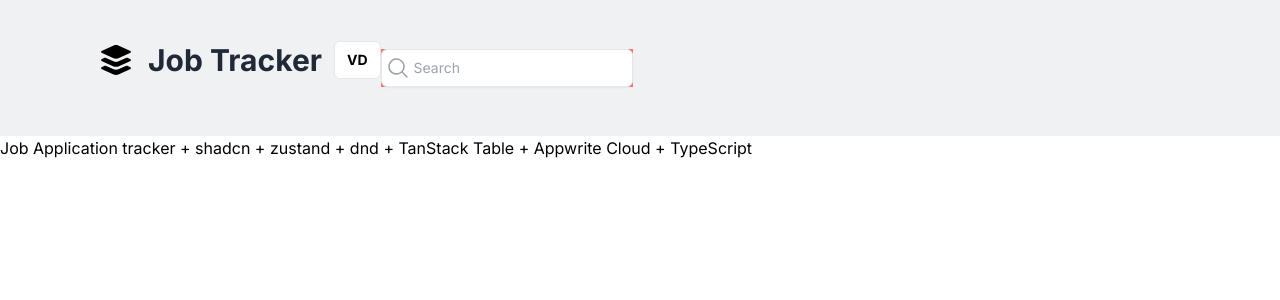
Repository: Vasil1001/job-applications-tracker-nextjs
Page: /
An editor plug-in stored every save of this project. The page is shown before and after the next save, followed by the edit.
The browser window is 1280 px wide. The pictures show the whole page.
The project was rebuilt for these pictures with package versions that can differ from the ones it lists, and the page was loaded fresh each time. The framework's server and built-in components were replaced by stand-ins that run in the browser. Also part of the build but not shown: next.config.js.

Above is the page before, as saved 2023-06-24 17:19:48.

After the next save:
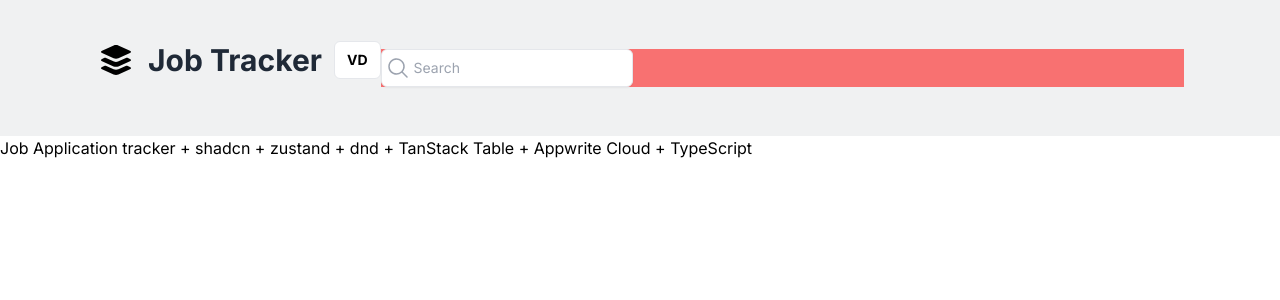
Saved 8 s later.
--- a/components/Header.tsx
+++ b/components/Header.tsx
@@ -34,7 +34,7 @@ export default function Header() {
         </div>
 
         {/* Search input, button and profile */}
-        <div className="flex items-center gap-3 bg-red-400">
+        <div className="flex items-center gap-3 bg-red-400 flex-1">
           <form className="flex items-center space-l-5 bg-white rounded-md p-1 border shadow-sm focus-visible:outline-none focus-visible:ring-1 focus:ring-gray-400 text-black bg-white border-gray-200 sm:text-sm rounded-md hover:border-gray-300 placeholder:text-gray-400 focus:placeholder:text-gray-500 flex-1 md:flex-initial">
             <HiMagnifyingGlass className="w-6 h-6 text-gray-400" />
             <input
